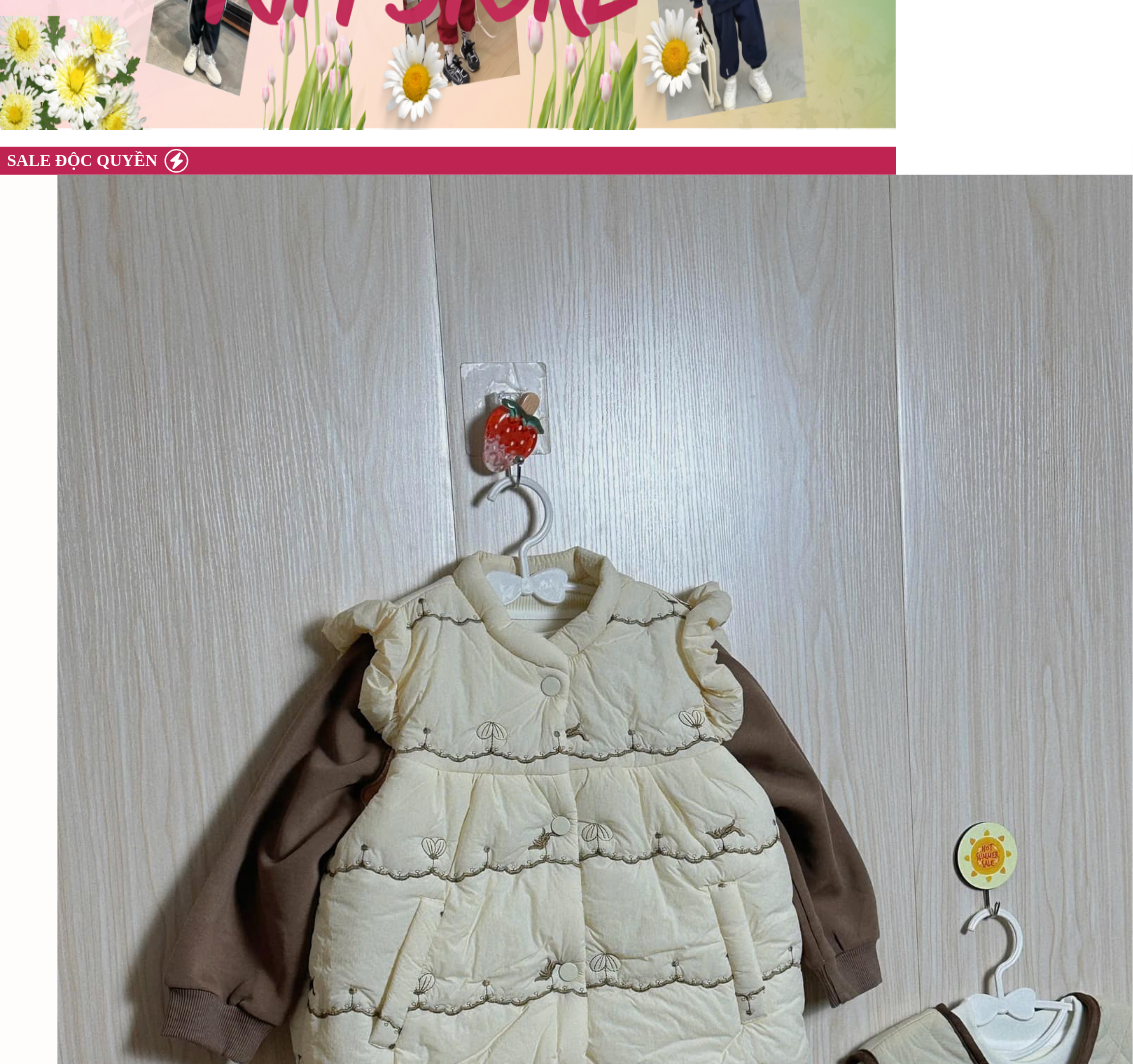
Repository: hoang28092000/kim-store
Page: index.html
An editor plug-in stored every save of this project. The page is shown before and after the next save, followed by the edit.
The browser window is 1280 px wide. The page is 1618 px wide, then 1280 px, so the pictures cover 1618 px, including what lies to the right of the window. The pictures show the part of the page from y = 524 to 2044 px (the page is 2838 px tall before and 1138 px after), at 70% of full size.
Some web libraries are served in a nearby version.

Above is the page before, as saved 2024-11-01 15:21:32.

### index.html
<!DOCTYPE html>
<html lang="en">
<head>
    <meta charset="UTF-8">
    <meta name="viewport" content="width=device-width, initial-scale=1.0">
    <link href="https://cdn.jsdelivr.net/npm/bootstrap@5.0.2/dist/css/bootstrap.min.css" rel="stylesheet" integrity="sha384-EVSTQN3/azprG1Anm3QDgpJLIm9Nao0Yz1ztcQTwFspd3yD65VohhpuuCOmLASjC" crossorigin="anonymous">
    <link rel="stylesheet" href="https://cdnjs.cloudflare.com/ajax/libs/font-awesome/6.6.0/css/all.min.css" integrity="sha512-Kc323vGBEqzTmouAECnVceyQqyqdsSiqLQISBL29aUW4U/M7pSPA/gEUZQqv1cwx4OnYxTxve5UMg5GT6L4JJg==" crossorigin="anonymous" referrerpolicy="no-referrer" />
    <link rel="stylesheet" href="asset/style.css">
    <title>KIM STORE</title>
</head>
<body>
    <div id="header">
        <div class="top_header ">
                <div class="container d-flex justify-content-between">
                    <div class="r-top_header d-flex align-items-center">
                        <p class="txt_bold mb-0 me-2">Miễn phí vận chuyển cho đơn hàng trên 400K</p>
                    <i class="fa-solid fa-truck icon-truck mb-0"></i>
                    </div>
                    <ul class="icons-header d-flex align-items-center mb-0">
                        <a href="" class="tag-a-top_header">
                            <li class="icon d-flex me-3">
                                <i class="fa-brands fa-facebook icon_fb me-2"></i>
                                <span class="txt-fb">Facebook</span>
                            </li>
                        </a>
                        <a href="" class="tag-a-top_header">
                            <li class="icon d-flex">
                                <img src="asset/image/icon_zalo.webp" alt="this is picture zalo" class="icon_zalo me-2">
                                <span class="txt-zalo">Zalo</span>
                             </li>
                        </a>
                    </ul>
                </div>
        </div>

        <div class="bottom_headder">
            <div class="container d-flex justify-content-between align-items-center">
                <a href="" class="">
                    <img src="asset/image/KIM-store.png" alt="this is logo" class="img_logo">
                </a>
                <div class="d-flex align-items-center">
                    <input type="text" class="search_header" placeholder="Bạn muốn tìm gì?">
                    <i class="fa-solid fa-magnifying-glass icon_search"></i>
                </div>
                <span class="sdt_header">SDT: 0968. 026. 400</span>
        </div>
    </div>


    <div id="navbar">
        <div class="container">
            <ul class="nav_links d-flex justify-content-center mb-0 py-2">
                <li class="item_link" ><a href="" class="nav_link">SẢN PHẨM</a></li>
                <li class="item_link" ><a href="" class="nav_link">GIỚI THIỆU</a></li>
                <li class="item_link" ><a href="" class="nav_link">TIN TỨC & KHUYẾN MÃI</a></li>
                <li class="item_link" ><a href="" class="nav_link">CHÍNH SÁCH</a></li>
            </ul>
        </div>
        <div class="banner">
            <div id="carouselExampleFade" class="carousel slide carousel-fade" data-bs-ride="carousel">
                <div class="carousel-inner">
                  <div class="carousel-item active">
                    <img src="asset/image/KIM_STORE.png" class="d-block w-100 banner" alt="this is banner">
                  </div>
                  <div class="carousel-item">
                    <img src="asset/image/banner2.png" class="d-block w-100 banner" alt="this is banner 2">
                  </div>
                  <div class="carousel-item">
                    <img src="asset/image/banner3.png" class="d-block w-100 banner" alt="this is banner 3">
                  </div>
                </div>
                <button class="carousel-control-prev" type="button" data-bs-target="#carouselExampleFade" data-bs-slide="prev">
                  <span class="carousel-control-prev-icon" aria-hidden="true"></span>
                  <span class="visually-hidden">Previous</span>
                </button>
                <button class="carousel-control-next" type="button" data-bs-target="#carouselExampleFade" data-bs-slide="next">
                  <span class="carousel-control-next-icon" aria-hidden="true"></span>
                  <span class="visually-hidden">Next</span>
                </button>
              </div>
        </div>
    </div>


    <div id="main" class="mt-4">
        <div class="title_txt d-flex align-items-center">
            <h3 class="txt_sale mb-0">SALE ĐỘC QUYỀN</h3>
            <i class="fa-solid fa-bolt icon_bold"></i>
        </div>
        <div class="container">
            <div class="row">
                <div class="col-lg-3">
                    <a href="">
                        <div class="card_product">
                            <img src="asset/image/anh_1.jpg" class="img-card_product" alt=" this is picture card">
                            <div class="info_card">
                                <h4 class="name_product">

                                </h4>
                                <p class="desc_card">

                                </p>
                                <div class="price">
                                    <p class="price_sale"></p>
                                    <p class="price-no_sale"></p>
                                    <div class="percent"></div>
                                </div>
                            </div>
                        </div>
                    </a>
                </div>
            </div>
        </div>
    </div>


    <div id="footer">

    </div>






    <script src="https://cdn.jsdelivr.net/npm/bootstrap@5.0.2/dist/js/bootstrap.bundle.min.js" integrity="sha384-MrcW6ZMFYlzcLA8Nl+NtUVF0sA7MsXsP1UyJoMp4YLEuNSfAP+JcXn/tWtIaxVXM" crossorigin="anonymous"></script>
</body>
</html>

### asset/style.css
*{
    margin: 0;
    padding: 0;
    box-sizing: border-box;
    font-family: Montserrat;
    list-style: none;
    text-decoration: none;
}
.txt-16px{
    font-size: 16px;
    color: #625656;
}
.txt_bold{
    font-size: 18px;
    color: #625656;
    font-weight: 700;
}
#header{

}
#header .top_header{
    height: 40px;
    background-color: #FDE2E2;
}
.top_header .r-top_header{
    height: 40px;
}
.top_header .icon-truck{
    font-size: 18px;
    color: #625656;
}
.top_header .tag-a-top_header{
    text-decoration: none;
}
.top_header .icon_fb{
    font-size: 24px;
    color: #0468ff;
}
.top_header .icon_zalo{
    width: 24px;
    height: 24px;
}
.top_header .txt-fb , .top_header .txt-zalo{
    font-size: 16px;
    color: #625656;
    font-weight: 600;
}
.top_header .txt-fb:hover , .top_header .txt-zalo:hover{
    color: #fff;
}

#header .bottom_headder {
    height: 124px;
}
.bottom_headder .img_logo{
    width: 120px;
    height: 120px;
}
.bottom_headder .search_header {
    width: 700px;
    height: 42px;
    font-size: 18px;
    color: #625656;
    border-radius: 6px;
    border: 1px solid #b3b0b0;
    padding-left: 8px;
    outline: none;
}
.bottom_headder .icon_search{
    font-size: 24px;
    color: #c19292;
    margin-left: -32px;
}
.bottom_headder .icon_search:hover{
    opacity: 0.7;
    cursor: pointer;
}
.bottom_headder .sdt_header{
    font-size: 18px;
    font-weight: 600;
    color: #c19292;
}


/* navbar */
#navbar{
    background: #f6f6f6;
    height: auto;
}
#navbar .nav_links{
    list-style: none;
}

.nav_links .nav_link{
    font-size: 20px;
    color: #625656;
    text-decoration: none;
    padding: 11px 30px;
    font-weight: 600;
}
.nav_links .nav_link:hover{
    background-color: #c19292;
    color: #f6f6f6;
}

#navbar .banner{
    height: 500px;
}
#main{
    background-color: #fffcfc;
}
#main .title_txt{
    background-color: #bf2352;
    height: 40px;
}
#main .txt_sale{
    font-size: 24px;
    font-weight: 700;
    color: #fff;
    padding: 10px;
}
#main .icon_bold{
    font-size: 24px;
    border: #fff 2px solid;
    border-radius: 50px;
    padding: 3px 4px 3px 5px;
    color: #fff;
}

After the next save:
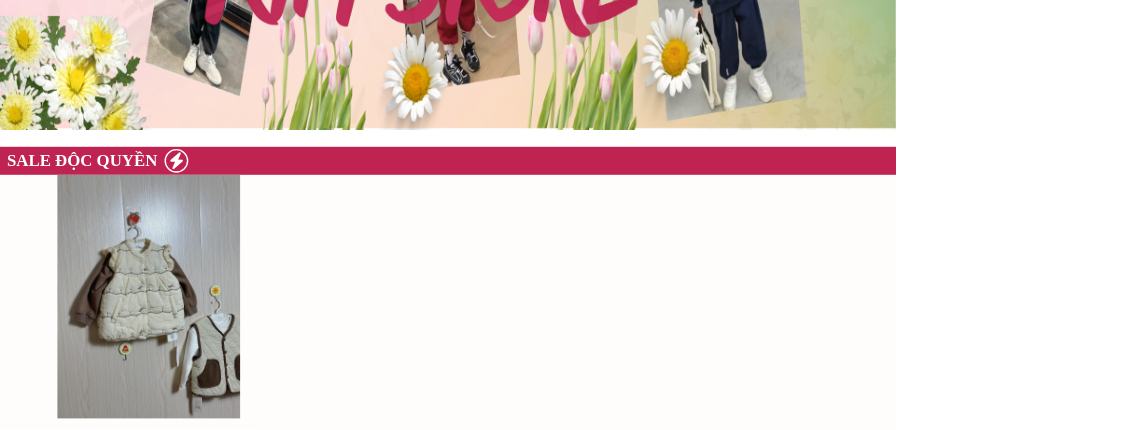
Saved 6 s later.
--- a/index.html
+++ b/index.html
@@ -92,7 +92,7 @@
                 <div class="col-lg-3">
                     <a href="">
                         <div class="card_product">
-                            <img src="asset/image/anh_1.jpg" class="img-card_product" alt=" this is picture card">
+                            <img src="asset/image/anh_1.jpg" class="img-card_product w-100" alt=" this is picture card">
                             <div class="info_card">
                                 <h4 class="name_product">
 
